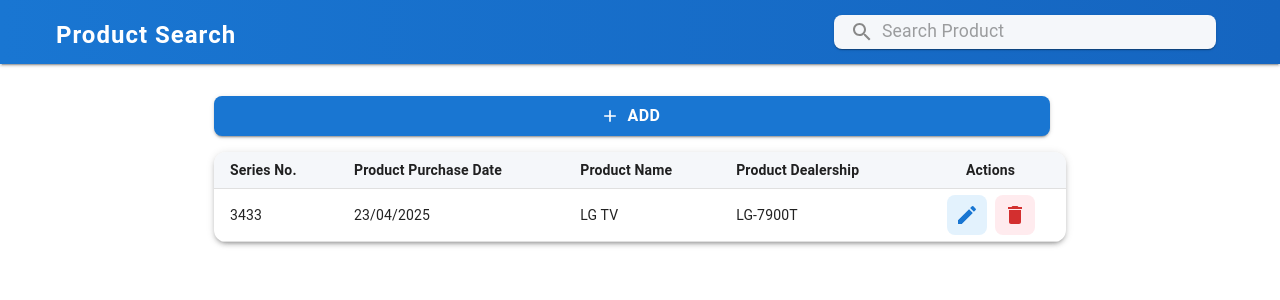
Repository: Sharathguru/Product_Task
Page: / (app in Frontend/)
An editor plug-in stored every save of this project. The page is shown before and after a run of saves, followed by the edit.
The browser window is 1280 px wide. The pictures show the whole page.
The project was rebuilt for these pictures with package versions that can differ from the ones it lists, and the page was loaded fresh each time. Requests to the local data server were answered from the project's data file. Also part of the build but not shown: Frontend/vite.config.js, Frontend/src/index.css, Frontend/src/Pages/product.js, Frontend/src/Pages/Insert.jsx, Frontend/src/Pages/Update.jsx, Frontend/src/Pages/Delete.jsx.

Above is the page before, as saved 2025-06-13 16:31:53.

### Frontend/src/App.jsx
import React from 'react'
import { BrowserRouter, Route, Routes } from 'react-router-dom'
import { ToastContainer } from 'react-toastify';
import 'react-toastify/dist/ReactToastify.css';
import Home from './Components/Home'
import Insert from './Pages/Insert'
import Update from './Pages/Update'
import Fetch from './Pages/Fetch'
import Delete from './Pages/Delete'
import './App.css'

const App = () => {
  return (
    <>
      <ToastContainer position="top-right" autoClose={2000} />
      <BrowserRouter>
      <Routes>
        <Route path="/" element={<Home />} />
        <Route path="/insert" element={<Insert />} />
        <Route path="/update" element={<Update />} />
        <Route path="/fetch" element={<Fetch />} />
        <Route path="/delete" element={<Delete />} />
      </Routes>
        {/* <Route path="*" element={<h1>404 Not Found</h1>} /> */}
      </BrowserRouter>
    </>
  )
}

export default App

### Frontend/src/Components/Home.jsx
import React from "react";
import Navbar from "./Navbar";
import Fetch from "../Pages/Fetch";

const Home = () => {
  const [search, setSearch] = React.useState("");

  return (
    <div>
      <Navbar search={search} setSearch={setSearch} />
      <Fetch search={search} />
    </div>
  );
};

export default Home;

### Frontend/src/Pages/Fetch.jsx
import React from "react";
import axios from "../axios/axios.js";
import { useNavigate } from "react-router-dom";
import DeleteIcon from "@mui/icons-material/Delete";
import EditIcon from "@mui/icons-material/Edit";
import AddIcon from "@mui/icons-material/Add";
import Table from "@mui/material/Table";
import TableBody from "@mui/material/TableBody";
import TableCell from "@mui/material/TableCell";
import TableContainer from "@mui/material/TableContainer";
import TableHead from "@mui/material/TableHead";
import TableRow from "@mui/material/TableRow";
import Paper from "@mui/material/Paper";
import IconButton from "@mui/material/IconButton";
import Button from "@mui/material/Button";
import Box from "@mui/material/Box";
import Stack from "@mui/material/Stack";
import { toast } from "react-toastify";
import Container from "@mui/material/Container";

const Fetch = ({ search }) => {
  const [products, setProducts] = React.useState([]);
  const [error, setError] = React.useState("");
  const navigate = useNavigate();

  const fetchData = async () => {
    try {
      const res = await axios.get("/products");
      setProducts(res.data);
    } catch (err) {
      setError("Failed to fetch data.");
    }
  };

  React.useEffect(() => {
    fetchData();
  }, []);

  const handleDelete = async (id) => {
    if (!window.confirm("Are you sure you want to delete this product?")) return;
    try {
      await axios.delete(`/products/${id}`);
      setProducts(products.filter((item) => item.id !== id));
      toast.success("Product deleted successfully!");
    } catch {
      toast.error("Delete failed.");
    }
  };

  const handleEdit = (id) => {
    navigate(`/update`, { state: { id } });
  };

  const handleAdd = () => {
    navigate("/insert");
  };

  const filteredProducts = products.filter((item) =>
    Object.values(item)
      .join(" ")
      .toLowerCase()
      .includes(search.toLowerCase())
  );

  return (
    <Container maxWidth="md" sx={{ py: { xs: 2, md: 4 } }}>
      <Box
        sx={{
          display: "flex",
          alignItems: "center",
          mb: 2,
          flexDirection: { xs: "column", sm: "row" },
        }}
      >
        <Button
          variant="contained"
          color="primary"
          startIcon={<AddIcon />}
          onClick={handleAdd}
          sx={{
            mb: { xs: 2, sm: 0 },
            mr: { sm: 2 },
            fontWeight: 600,
            fontSize: "1rem",
            px: 3,
            borderRadius: 2,
          }}
          fullWidth={true}
        >
          Add
        </Button>
      </Box>
      <TableContainer
        component={Paper}
        sx={{
          width: "100%",
          overflowX: "auto",
          borderRadius: 3,
          boxShadow: 3,
        }}
      >
        <Table size="small">
          <TableHead>
            <TableRow sx={{ backgroundColor: "#f5f7fa" }}>
              <TableCell sx={{ fontWeight: 700 }}>Series No.</TableCell>
              <TableCell sx={{ fontWeight: 700 }}>Product Purchase Date</TableCell>
              <TableCell sx={{ fontWeight: 700 }}>Product Name</TableCell>
              <TableCell sx={{ fontWeight: 700 }}>Product Dealership</TableCell>
              <TableCell align="center" sx={{ fontWeight: 700 }}>
                Actions
              </TableCell>
            </TableRow>
          </TableHead>
          <TableBody>
            {filteredProducts.map((item) => (
              <TableRow key={item.id}>
                <TableCell>{item.Series_No}</TableCell>
                <TableCell>
                  {item.Product_Purchase_Date &&
                    new Date(item.Product_Purchase_Date).toLocaleDateString("en-GB")}
                </TableCell>
                <TableCell>{item.Product_Name}</TableCell>
                <TableCell>{item.Product_Dealership}</TableCell>
                <TableCell align="center">
                  <Stack direction="row" spacing={1} justifyContent="center">
                    <IconButton
                      color="primary"
                      onClick={() => handleEdit(item.id)}
                      aria-label="edit"
                      sx={{
                        bgcolor: "#e3f2fd",
                        "&:hover": { bgcolor: "#bbdefb" },
                        borderRadius: 2,
                      }}
                    >
                      <EditIcon />
                    </IconButton>
                    <IconButton
                      color="error"
                      onClick={() => handleDelete(item.id)}
                      aria-label="delete"
                      sx={{
                        bgcolor: "#ffebee",
                        "&:hover": { bgcolor: "#ffcdd2" },
                        borderRadius: 2,
                      }}
                    >
                      <DeleteIcon />
                    </IconButton>
                  </Stack>
                </TableCell>
              </TableRow>
            ))}
            {filteredProducts.length === 0 && (
              <TableRow>
                <TableCell colSpan={5} align="center">
                  No products found.
                </TableCell>
              </TableRow>
            )}
          </TableBody>
        </Table>
      </TableContainer>
      {error && <p style={{ color: "red" }}>{error}</p>}
    </Container>
  );
};

export default Fetch;

### Frontend/src/Components/Navbar.jsx
import React from "react";
import AppBar from "@mui/material/AppBar";
import Toolbar from "@mui/material/Toolbar";
import Typography from "@mui/material/Typography";
import Box from "@mui/material/Box";
import InputBase from "@mui/material/InputBase";
import SearchIcon from "@mui/icons-material/Search";
import Container from "@mui/material/Container";
import useMediaQuery from "@mui/material/useMediaQuery";
import { useTheme } from "@mui/material/styles";

const Navbar = ({ search, setSearch }) => {
  const theme = useTheme();
  const isMobile = useMediaQuery(theme.breakpoints.down("sm"));

  return (
    <AppBar
      position="static"
      elevation={2}
      sx={{
        background: "linear-gradient(90deg, #1976d2 0%, #1565c0 100%)", // Custom blue gradient
      }}
    >
      <Container maxWidth="lg" disableGutters>
        <Toolbar
        //   sx={{
        //     display: "flex",
        //     flexDirection: isMobile ? "column" : "row",
        //     alignItems: isMobile ? "stretch" : "center",
        //     justifyContent: "space-between",
        //     gap: isMobile ? 2 : 0,
        //     py: isMobile ? 1 : 0,
        //   }}
        >
          <Box
            sx={{
              flexGrow: 1,
              display: "flex",
              alignItems: "center",
              position: "relative",
              right:"8px",
              top:"3px",
              justifyContent: isMobile ? "center" : "flex-start",
              width: isMobile ? "100%" : "auto",
              mb: isMobile ? 1 : 0,
            }}
          >
            <Typography
              variant="h5"
              color="inherit"
              noWrap
              sx={{
                fontWeight: 700,
                letterSpacing: 1,
              }}
            >
              Product Search
            </Typography>
          </Box>
          <Box
            sx={{
              position: "relative",
              borderRadius: 2,
              backgroundColor: "#f5f7fa",
              width: isMobile ? "100%" : 350,
              display: "flex",
              alignItems: "center",
              px: 2,
              boxShadow: 1,
            }}
          >
            <SearchIcon sx={{ color: "#888", mr: 1 }} />
            <InputBase
              placeholder="Search Product"
              inputProps={{ "aria-label": "search" }}
              fullWidth
              value={search}
              onChange={(e) => setSearch(e.target.value)}
              sx={{ fontSize: isMobile ? "1rem" : "1.1rem" }}
            />
          </Box>
        </Toolbar>
      </Container>
    </AppBar>
  );
};

export default Navbar;

### Frontend/src/axios/axios.js
import axios from 'axios'

const instance = axios.create({
    baseURL: 'http://localhost:3000'
})
export default instance

### Frontend/backend/db.json
{
  "products": [
    {
      "id": "bf44",
      "Series_No": "3433",
      "Product_Purchase_Date": "2025-04-23",
      "Product_Name": "LG TV",
      "Product_Dealership": "LG-7900T"
    }
  ]
}

Loaded but not shown: Frontend/index.html (common file); Frontend/src/main.jsx (common file); Frontend/src/App.css (common file)

After the next 3 saves:
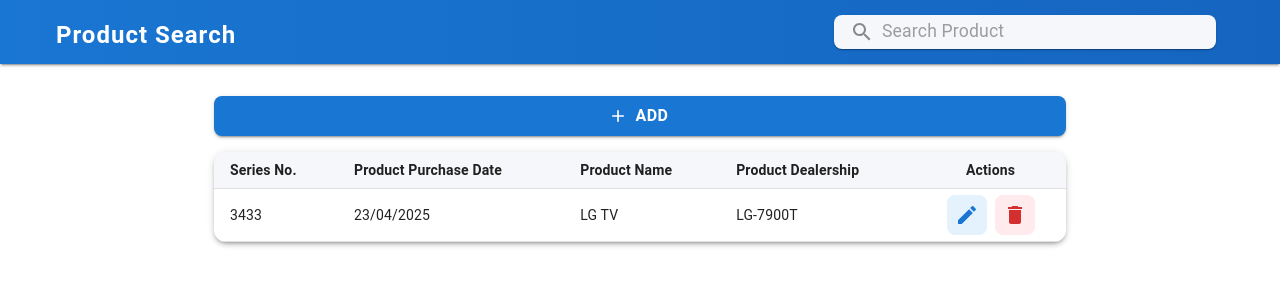
The 3 saves are shown as one change because they came seconds apart.
The last was saved 90 s later.
--- a/Frontend/src/Pages/Fetch.jsx
+++ b/Frontend/src/Pages/Fetch.jsx
@@ -79,7 +79,7 @@ const Fetch = ({ search }) => {
           onClick={handleAdd}
           sx={{
             mb: { xs: 2, sm: 0 },
-            mr: { sm: 2 },
+            mr: { sm: -1 },
             fontWeight: 600,
             fontSize: "1rem",
             px: 3,
